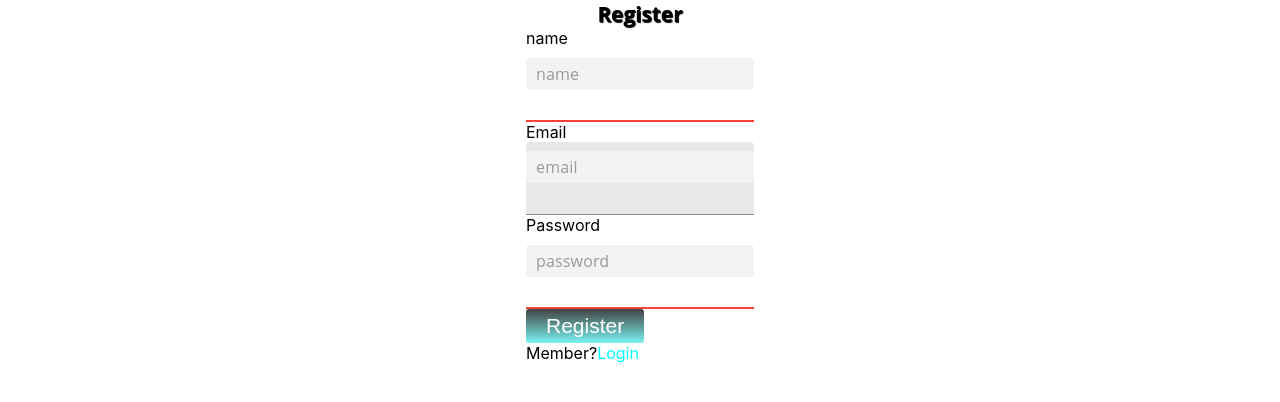
Repository: CSituma/React-Express-Form-Logic
Page: /register (app in client/)
The author's editor kept a copy of each file at every save. The page is drawn from the files as they stood at one save, then again after the next save.
The browser window is 1280 px wide. The pictures show the whole page.
The project was rebuilt for these pictures with package versions that can differ from the ones it lists, and the page was loaded fresh each time. Also part of the build but not shown: client/src/components/login/login.jsx, client/src/components/login/dashboard.jsx.

Above is the page before, as saved 2020-11-30 13:50:43.

### client/src/App.jsx
import React from 'react'
import Login from "./components/login/login"
import Dashboard from "./components/login/dashboard"
import Register from "./components/login/register"

import {BrowserRouter as Router, Switch,Route} from "react-router-dom";

const App =()=> {



    return (
      <Router>
        <Switch>

        <Route path='/' exact component={Login}/>
        <Route path='/dashboard' exact component={Dashboard}/>
        <Route path='/register' exact component={Register}/>


       </Switch>
      </Router>
    )

}

export default App;

### client/src/components/login/register.jsx
import React, { Component } from "react";
import "./style.scss";
import axios from "axios";
import {Link} from "react-router-dom"
import {TextField} from "@material-ui/core"



export default class Register extends Component {


state = {
username:"",
usernameerror:"",
email:"",
emailerror:"",
password:"",
passworderror:"",
errors:'',

  }

handleChange = (e) =>{

  this.setState({[e.target.name]:e.target.value})


  }

validatefields = () =>{
  let errors = {}
  let isError = false

  if (!this.state.username.trim()) {
    isError = true;
    errors.username= 'Username is required';
  }
   else if (!/^[A-Za-z]+/.test(this.state.username.trim())) {
     isError = true
    errors.username = 'Enter a valid name';
  }


  if (!this.state.email) {
    isError = true;
    errors.email = 'Email is required';
  }
  else if (!/\S+@\S+\.\S+/.test(this.state.email)) {
    isError = true;
    errors.email = 'Email address is invalid';
  }

  if (!this.state.password.trim()) {
    isError = true;
    errors.password = 'Password is required';
  }
   else if (this.state.password.length < 6) {
    isError = true;
    errors.password = 'Password needs to be atleast 6 characters';
  }

    if(isError)
    {this.setState(
      {emailerror:errors.email,
      passworderror:errors.password,
      usernameerror:errors.username})}

  return isError;


}
   submit = (e) =>{
    e.preventDefault();

   const error = this.validatefields()

   if (!error){
    const payload = {
       username:this.state.username,
      email:this.state.email,
      password:this.state.password,

    }

  axios({
    url: '/api/login/loginuser',
    method: 'POST',
    data: payload
  })
    .then(()=> {
      console.log('user has been sent to the server')
      this.delete();
    })
    .catch(err => {
      console.log(err.message);
    });
    }
   }

  delete = () => {
    this.setState({
      name: '',
      email:'',
      password: '',
    });
  };

  render() {
  console.log(this.state)

    return (
      <div className="form-container">
        <div className="header">Register</div>
        <div className="content">
          <form className="form" onSubmit = {this.submit} >
            <div className="form-group">
              <label htmlFor="name">name</label>
              <TextField
               type="text" name="username"
               value = {this.state.username}
               onChange={this.handleChange} placeholder="name"
               error
               helperText
               ={this.state.usernameerror}

               />

            </div>

            <div className="form-group">
              <label htmlFor="email">Email</label>
              <TextField
                type="email"
              name="email"placeholder="email"
              autoComplete="true" value= {this.state.email}
               onChange={this.handleChange}
               variant="filled"

               helperText
               ={this.state.emailerror} />
            </div>

            <div className="form-group">
              <label htmlFor="password">Password</label>
              < TextField
               type="password"
              name="password"placeholder="password"
               autoComplete="true" value= {this.state.password}
                onChange={this.handleChange}
                error
                helperText
                ={this.state.passworderror}/>
            </div>


             <button className="btn">Register </button>


          </form>
          <div className="toggler">
            Member?
          <Link to ="./">Login</Link>
          </div>
        </div>



      </div>
    );
    }
}

### client/src/components/login/style.scss
.form-container {
  width:100%;
  display: flex;
  height:400px;
  flex-direction: column;
  align-items: center;
  margin: 0;

  .header {
    font-size: 1.3rem;
    margin-top: 0;
    font-weight:bold;
    text-shadow:1px 1px 1px black;
    font-family: "Open Sans", sans-serif;
  }

  .content {
    display: flex;
    flex-direction: column;

    .image {
      width:150px;
      img {
        max-width: 100%;
      }
    }

    .form {
      align-items: center;
      .form-group {
        display: flex;
        flex-direction: column;
        align-items: flex-start;
        width: fit-content;
        label {
          font-size:1rem;
        }
        input {
          margin-top:0.6rem;
          max-width:20em;
          height:2rem;
          padding: 0px 10px;
          font-size: 1rem;
          font-family: "Open Sans", sans-serif;
          background-color: #f3f3f3;
          border: 0;
          border-radius: 4px;
          margin-bottom:2rem;
          transition: all 250ms ease-in-out;


          &:focus {
            outline: none;
            box-shadow: 0px 0px 12px 0.8px rgba(0, 0, 0, 0.356);
          }
        }
      }
    }
  }

  .footer {
    margin-top:1em;
  }
}

//Button
.btn {
  font-size: 21px;
  margin-top:0;
  padding: 5px 20px;
  border: 0;
  background:linear-gradient(rgba(0, 0, 0, 0.74),rgba(64, 236, 236, 0.698));
  color: #fff;
  border-radius: 3px;
  transition: all 250ms ease-in-out;
  cursor: pointer;
  &:hover {
    transition: 2s;
    background:black;
  }
  &:focus {
    outline: none;
  }
}
.toggler a{
text-decoration: none;
color:aqua;
}

Loaded but not shown: client/public/index.html (common file); client/src/index.js (common file); client/src/index.css (common file); client/src/reportWebVitals.js (common file)

After the next save:
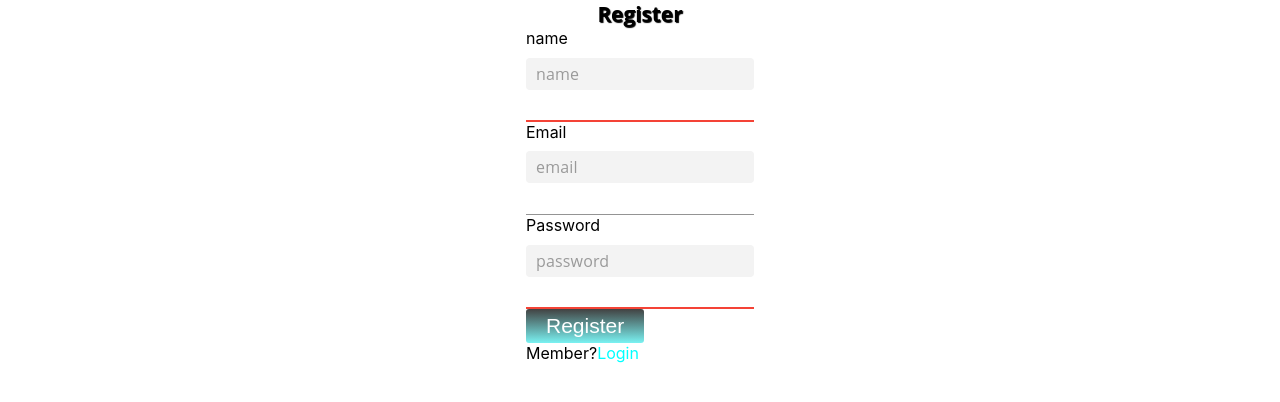
Saved 49 s later.
--- a/client/src/components/login/register.jsx
+++ b/client/src/components/login/register.jsx
@@ -134,7 +134,6 @@ validatefields = () =>{
               name="email"placeholder="email"
               autoComplete="true" value= {this.state.email}
                onChange={this.handleChange}
-               variant="filled"
 
                helperText
                ={this.state.emailerror} />
